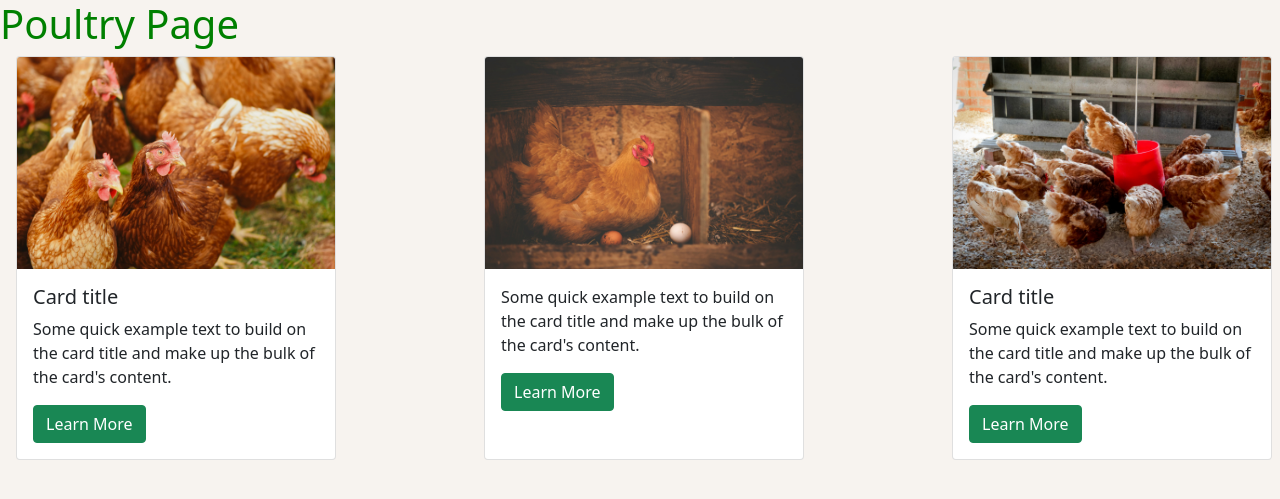
Repository: Allevandrose/Agri-invest
Page: poultry.html
The author's editor kept a copy of each file at every save. The page is drawn from the files as they stood at one save, then again after a run of saves.
The browser window is 1280 px wide. The pictures show the whole page.

Above is the page before, as saved 2024-04-13 15:26:45.

After the next 3 saves:
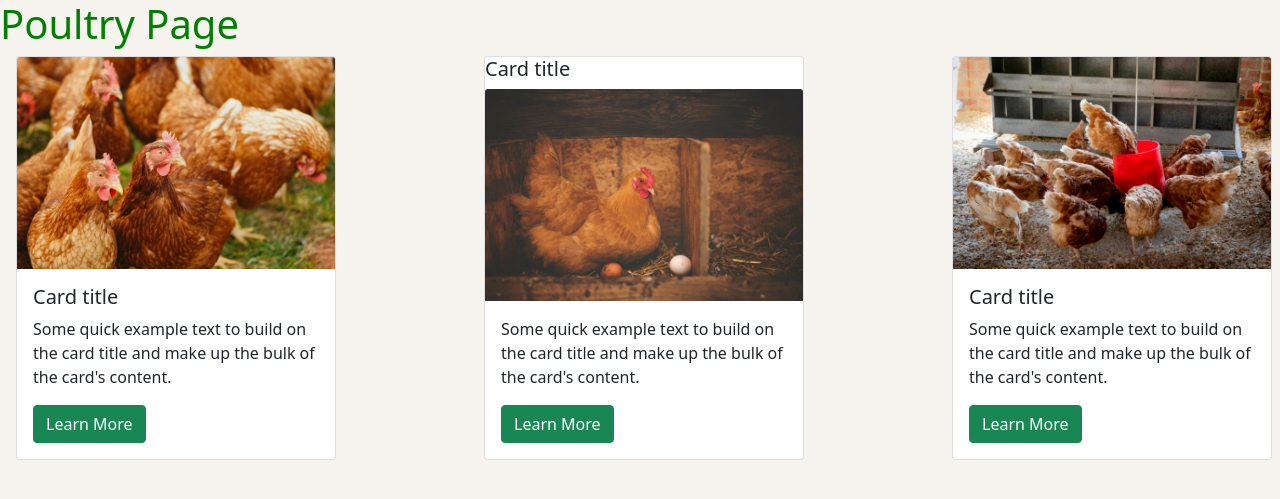
The 3 saves are shown as one change because they came seconds apart.
The last was saved 12 s later.
--- a/poultry.html
+++ b/poultry.html
@@ -22,9 +22,9 @@
             </div>
         </div>
         <div class="card mr-2" style="width: 20rem;">
+            <h5 class="card-title">Card title</h5>
             <img src="poultry images/chick2.jpg" class="card-img-top" alt="...">
             <div class="card-body">
-
                 <p class="card-text">Some quick example text to build on the card title and make up the bulk of the card's content.</p>
                 <a href="#" class="btn btn-success">Learn More</a>
             </div>
